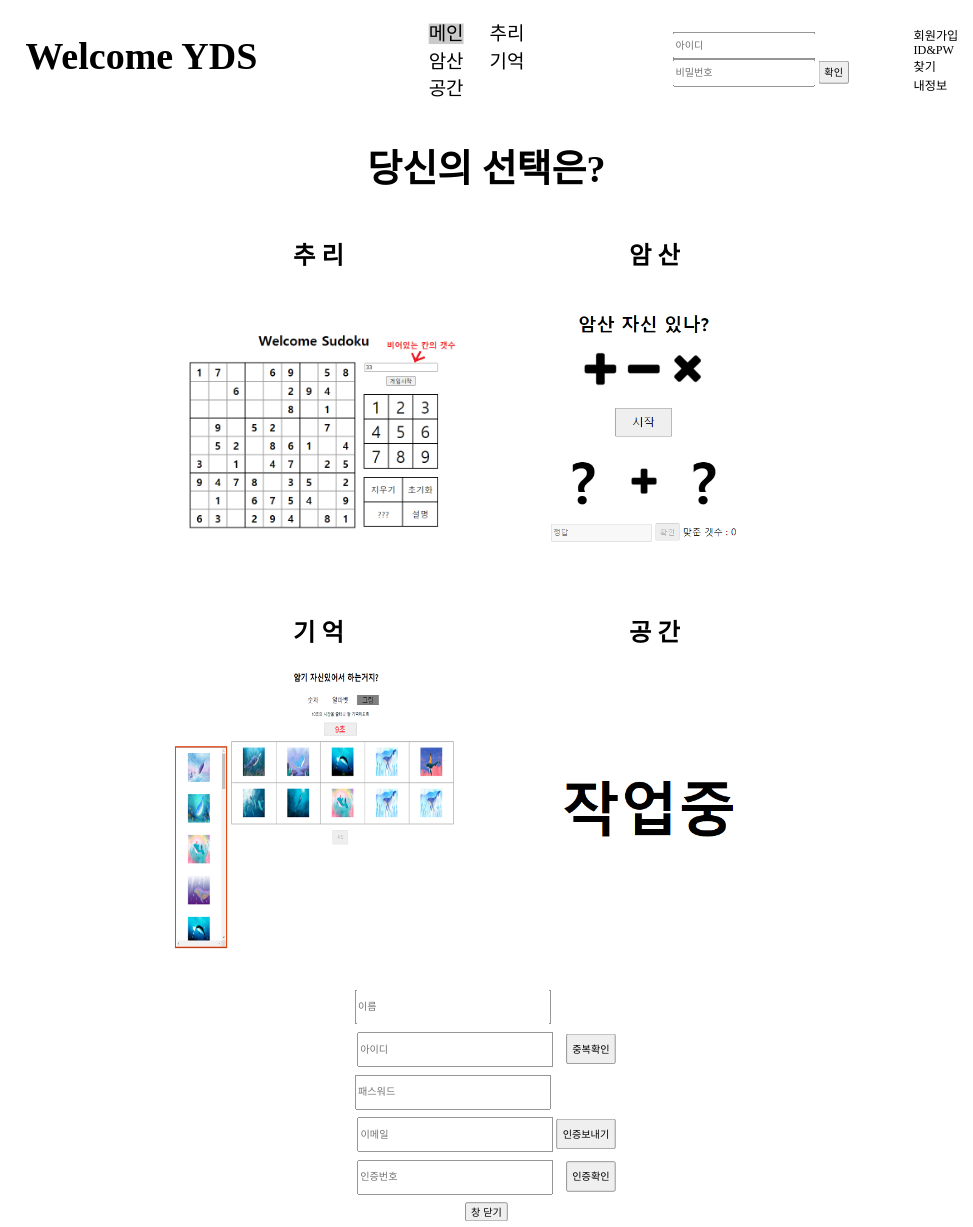
Repository: ejrtn/springbootMaven
Page: deoksu/src/main/resources/static/main.html
An editor plug-in stored every save of this project. The page is shown before and after the next save, followed by the edit.
The browser window is 1280 px wide. The pictures show the whole page, at 76% of full size.

Above is the page before, as saved 2021-04-10 16:39:59.

After the next save:
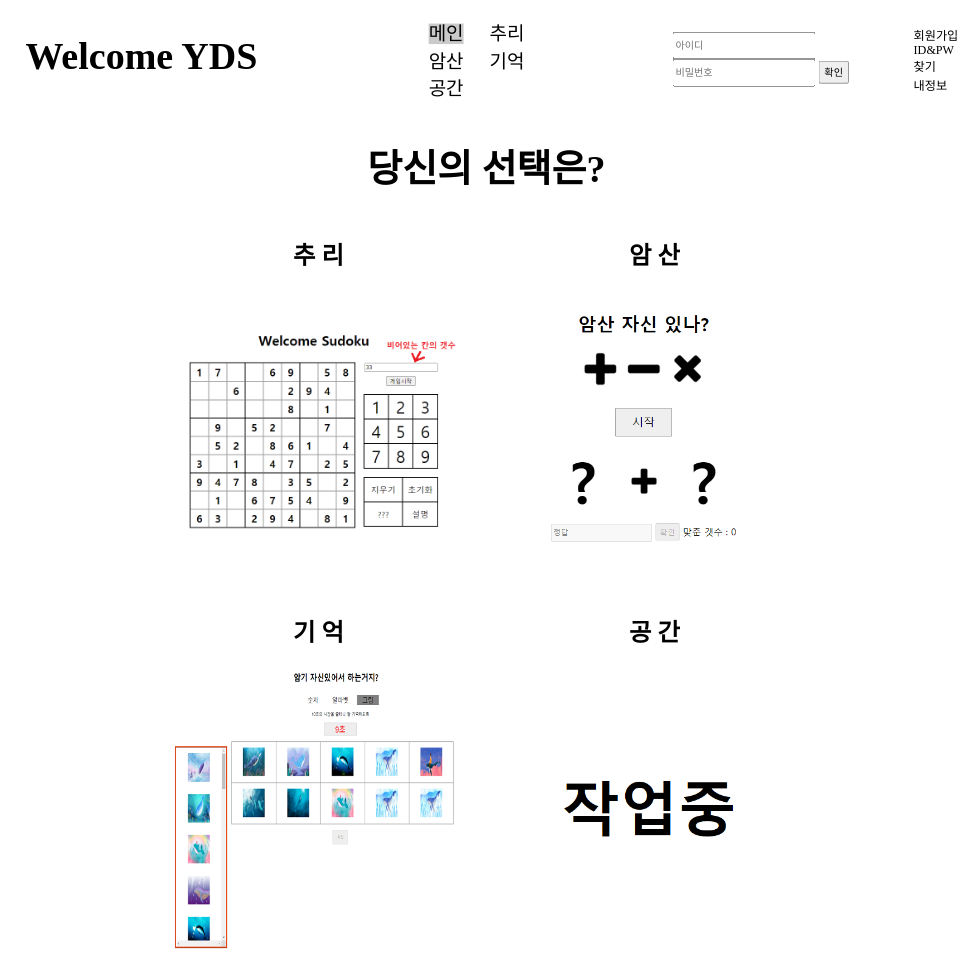
Saved 7 min 53 s later.
--- a/deoksu/src/main/resources/static/main.html
+++ b/deoksu/src/main/resources/static/main.html
@@ -5,6 +5,38 @@
 <title>Insert title here</title>
 	<style type="text/css">
 		img {width: 400px; cursor: pointer;}
+		#modal1 {
+          display: none;
+          position:absolute;
+          width:100%;
+          height:100%;
+          z-index:9999;
+          top: 100px;
+        }
+
+        #modal1 button {
+          display:inline-block;
+          width:100px;
+          margin-left:calc(100% - 100px - 10px);
+        }
+
+        #modal1 .modal_content {
+          width:370px;
+          margin:100px auto;
+          padding:20px 10px;
+          background:#fff;
+          border:2px solid #666;
+        }
+
+        #modal1 .modal_layer {
+          position:fixed;
+          top:0;
+          left:0;
+          width:100%;
+          height:100%;
+          background:rgba(0, 0, 0, 0.5);
+          z-index:-1;
+    	}
 	</style>
 	<script  src="http://code.jquery.com/jquery-latest.min.js"></script>
 	<script type="text/javascript">
